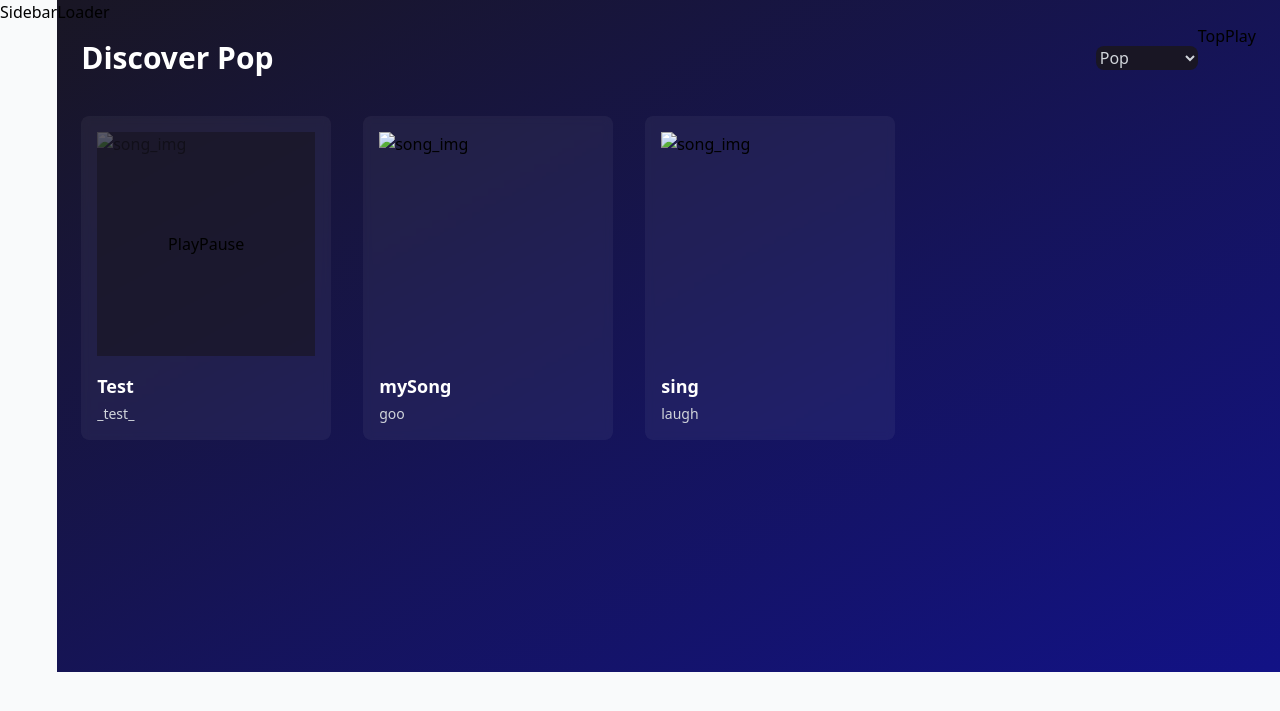
Repository: Chris24T/Dotify
Page: /
These files come from the project's save history. The page is drawn as it stood at one moment and after the next save; the edit follows.
The browser window is 1280 px wide. The pictures show the whole page.
The project was rebuilt for these pictures with package versions that can differ from the ones it lists, and the page was loaded fresh each time. Also part of the build but not shown: vite.config.js, src/components/ArtistCard.jsx, src/components/DetailsHeader.jsx, src/components/SongBar.jsx, src/components/RelatedSongs.jsx, src/components/MusicPlayer/Controls.jsx, src/components/MusicPlayer/Player.jsx, src/components/MusicPlayer/Seekbar.jsx and 12 more.

Above is the page before, as saved 2022-12-03 22:17:12.

After the next save:
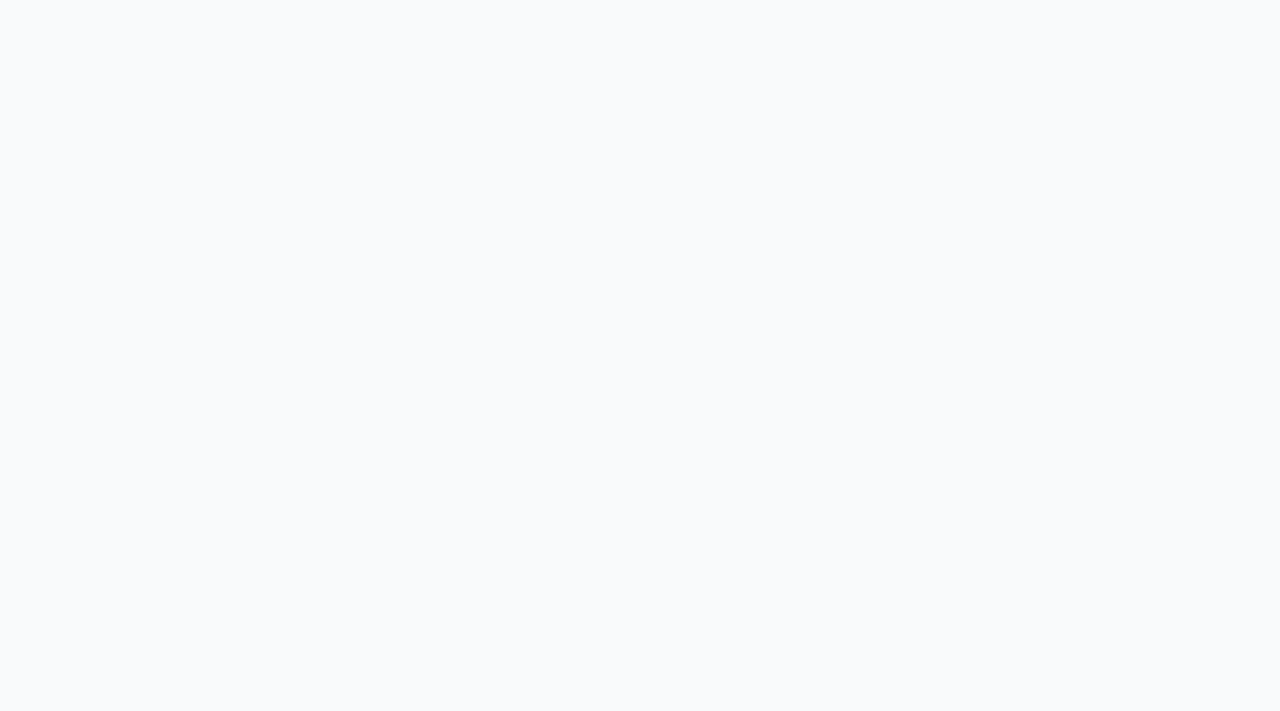
Console error: ReferenceError: handlePauseClick is not defined
Saved 71 s later.
--- a/src/components/SongCard.jsx
+++ b/src/components/SongCard.jsx
@@ -21,7 +21,11 @@ const SongCard = ({ song, i }) => {
               : 'hidden'
           }`}
         >
-          <PlayPause />
+          <PlayPause
+            song={song}
+            handlePause={handlePauseClick}
+            handlePlay={handlePlayClick}
+          />
         </div>
         <img alt="song_img" src={song.image?.coverart} />
       </div>

After the save that followed:
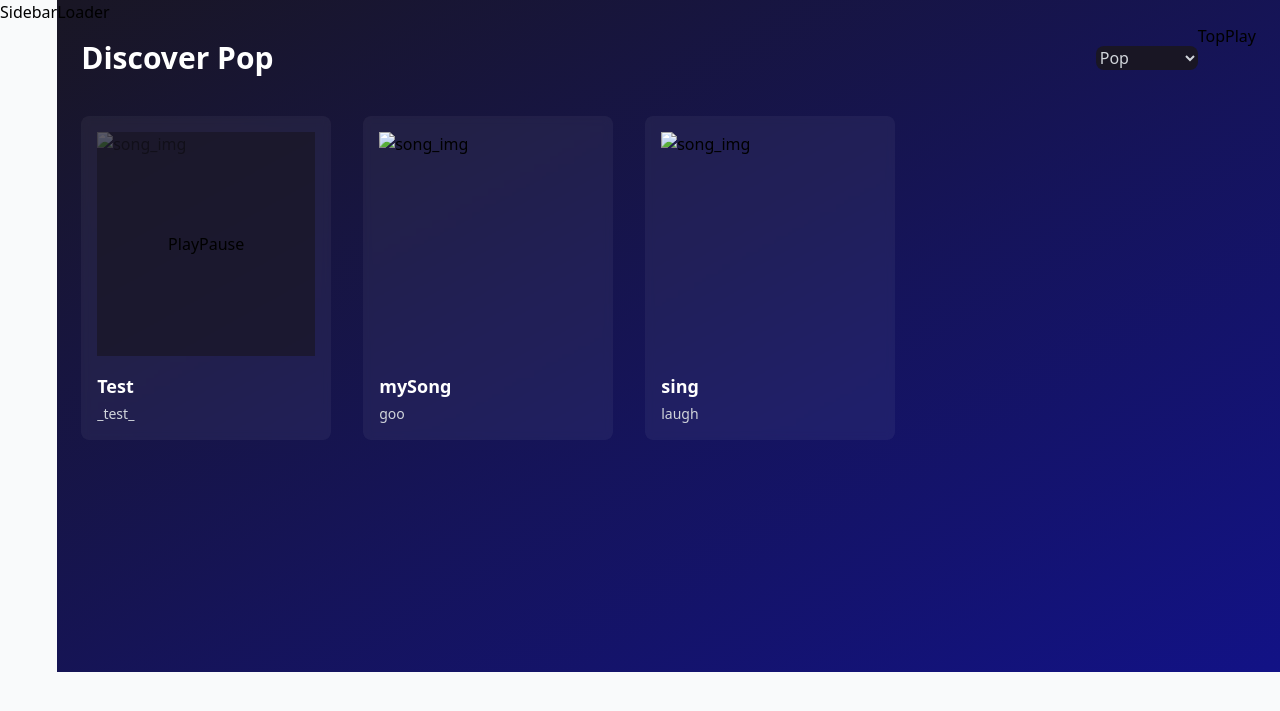
The error is gone.
Saved 25 s later.
--- a/src/components/SongCard.jsx
+++ b/src/components/SongCard.jsx
@@ -6,6 +6,9 @@ import { playPause, setActiveSong } from '../redux/features/playerSlice';
 
 const SongCard = ({ song, i }) => {
   const activeSong = { title: 'Test' };
+
+  const handlePauseClick = () => {};
+  const handlePlayClick = () => {};
 
   return (
     <div
